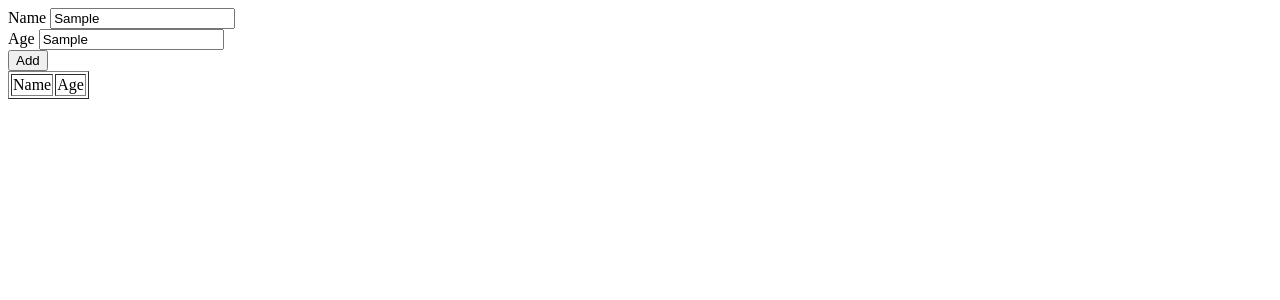
Repository: ravinforu/HTML5_CSS3_JS_Frameworks_Jul_2012-1
Page: Day01/WebContent/lab04.html
An editor plug-in stored every save of this project. The page is shown before and after the next save, followed by the edit.
The browser window is 1280 px wide. The pictures show the whole page.
Empty fields were first filled with sample values (such as "Sample", 5 or name@example.com).
After loading, the first visible `#addBtn` was clicked once.

Above is the page before, as saved 2012-07-20 10:40:43.

### Day01/WebContent/lab04.html
<!DOCTYPE html>
<html>
<head>
<script src="jquery-1.7.2.js"></script>
<script>
	function addRecords(){
		if($("#resultsTBL").length == 0)
			createTable();
		addRow($("#nameText").val(),$("#ageText").val());
	}
	function addRow(name,age){
		var row = "<tr>"
	}
	function createTable(){
		var table = "<table border='1' id='resultsTBL'>";
		table += "<thead>";
		table += "<tr><td>Name</td><td>Age</td></tr>";
		table += "</thead>";
		table += "<tbody></tbody>";
		table += "</table>";
		$("#results").append(table);
	}
	$().ready(function() {
		$("#addBtn").on("click",addRecords);
	});
</script>
</head>
<body>
	Name <input type="text" id="nameText">
	<br />
	Age  <input type="text" id="ageText">
	<br />
	<input type="button" value="Add" id="addBtn">
	<div id="results"></div>
</body>
</html>

Loaded but not shown: Day01/WebContent/jquery-1.7.2.js (library)

After the next save:
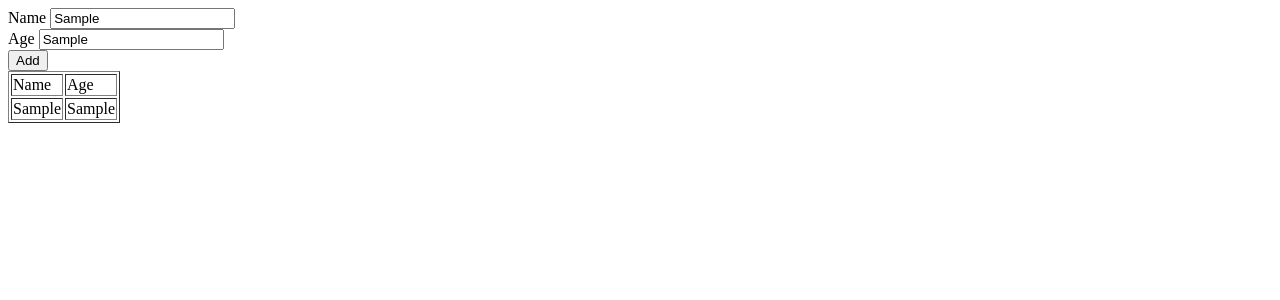
Saved 40 s later.
--- a/Day01/WebContent/lab04.html
+++ b/Day01/WebContent/lab04.html
@@ -9,7 +9,11 @@
 		addRow($("#nameText").val(),$("#ageText").val());
 	}
 	function addRow(name,age){
-		var row = "<tr>"
+		var row = "<tr>";
+		row += "<td>" + name + "</td>";
+		row += "<td>" + age + "</td>";
+		row += "</tr>";
+		$("table#resultsTBL tbody").append(row);
 	}
 	function createTable(){
 		var table = "<table border='1' id='resultsTBL'>";
